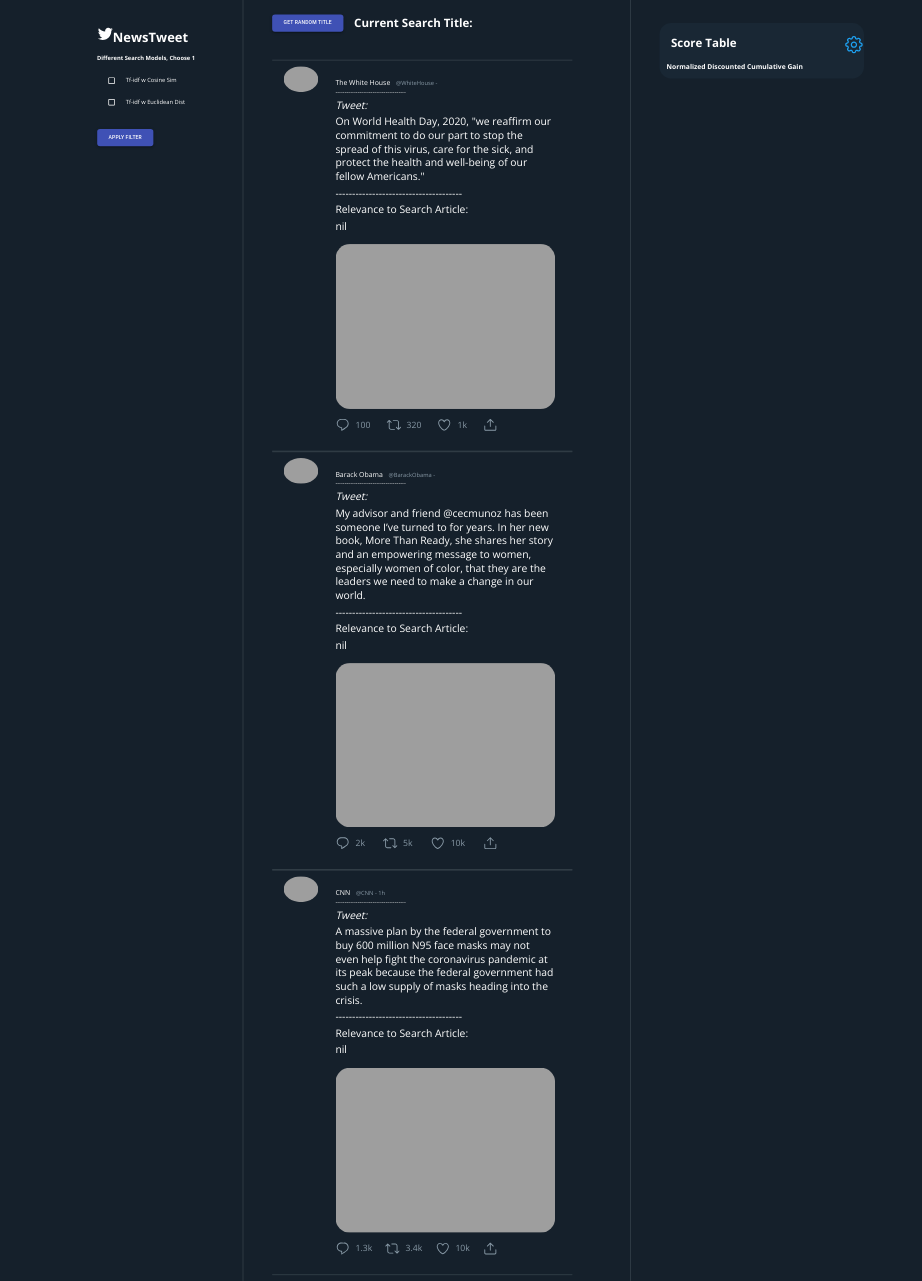
Repository: Dustyik/IR-tweets---disaster-
Page: / (app in Frontend/)
These files come from the project's save history. The page is drawn as it stood at one moment and after the next save; the edit follows.
The browser window is 1280 px wide. The pictures show the whole page, at 72% of full size.
Pictures or frames that could not be fetched are drawn as grey boxes. The page's requests for data from a server got no answer. The project was rebuilt for these pictures with package versions that can differ from the ones it lists, and the page was loaded fresh each time. No one was signed in, and anything a server would have sent is missing. Also part of the build but not shown: Frontend/src/components/trending/Trend.js, Frontend/src/components/trending/FollowSuggestionCard.js, Frontend/src/styles/FollowList.css, Frontend/src/components/trending/FollowSuggestionsList.js, Frontend/src/components/StatusCard.js, Frontend/src/pages/Status.js, Frontend/src/components/profile/ProfileHead.js, Frontend/src/components/profile/ProfileDetails.js and 2 more.

Above is the page before, as saved 2021-08-04 20:01:55.

After the next save:
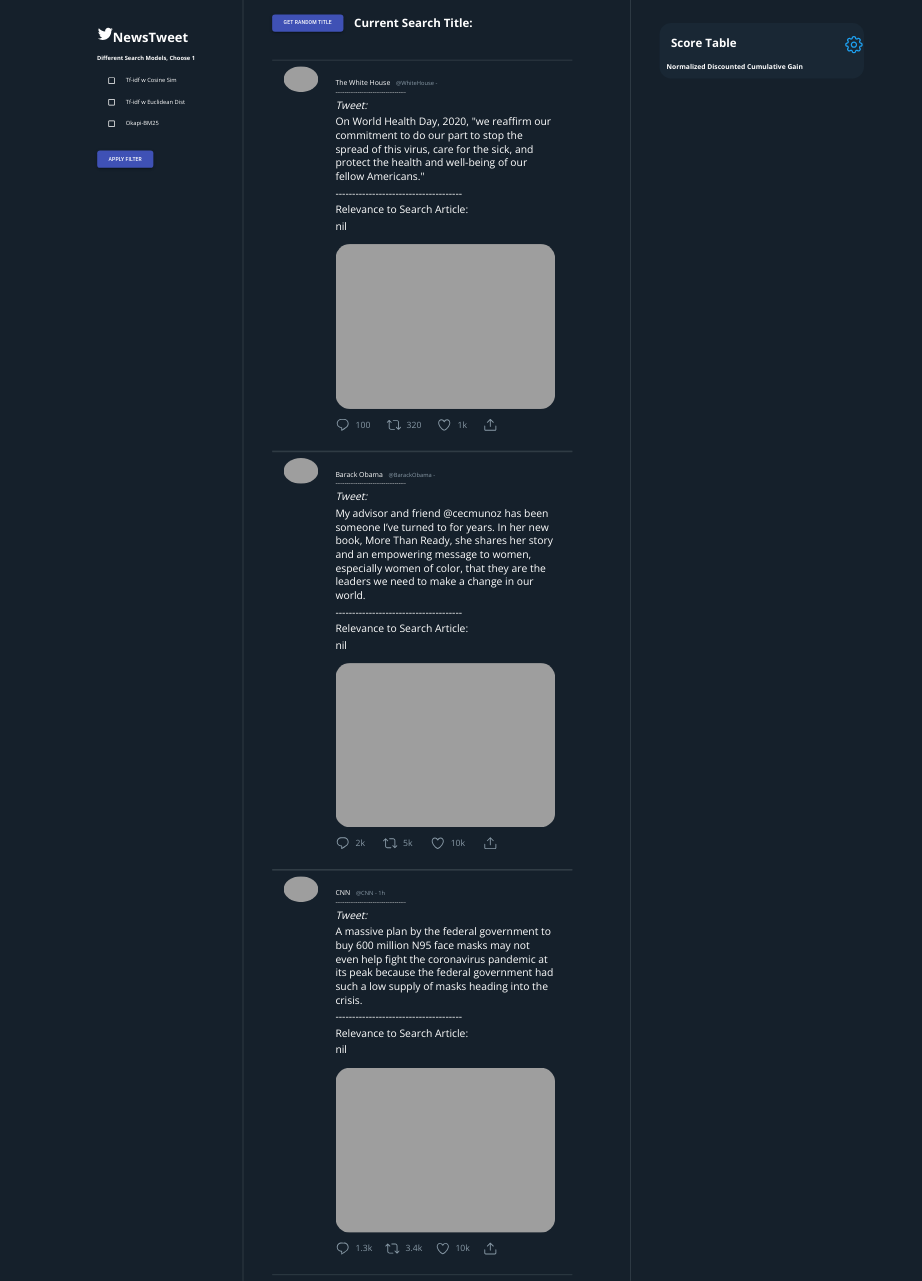
Saved 2 h 10 min later.
--- a/Frontend/src/components/Sidebar.js
+++ b/Frontend/src/components/Sidebar.js
@@ -8,7 +8,7 @@
 import { uniqueNamesGenerator, Config, adjectives, colors, animals } from 'unique-names-generator';
 
 
-const SEARCH_MODELS = ["Tf-idf w Cosine Sim", "Tf-idf w Euclidean Dist"]
+const SEARCH_MODELS = ["Tf-idf w Cosine Sim", "Tf-idf w Euclidean Dist", "Okapi-BM25"]
 
 export const Sidebar = () => {
     const profImageurl = 'https://pbs.twimg.com/profile_images/1247964769669136385/KVCROk2D_bigger.jpg';
